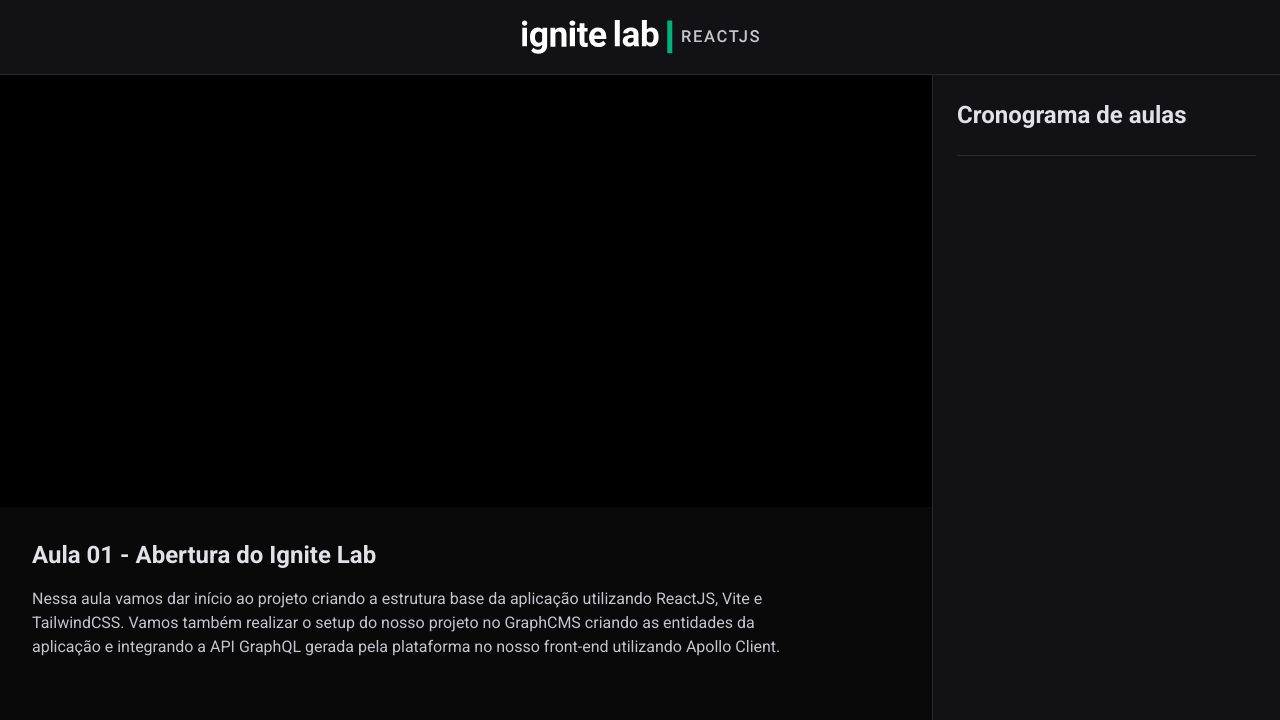
Repository: XFERRER7/Ignite-lab
Page: /
An editor plug-in stored every save of this project. The page is shown before and after a run of saves, followed by the edit.
The browser window is 1280 px wide. The pictures show the whole page.
The page's requests for data from a server got no answer. The project was rebuilt for these pictures with package versions that can differ from the ones it lists, and the page was loaded fresh each time. No one was signed in, and anything a server would have sent is missing. Also part of the build but not shown: vite.config.ts, src/components/Lesson.tsx.

Above is the page before, as saved 2022-06-26 01:53:16.

### index.html
<!DOCTYPE html>
<html>
  <head>
    <meta charset="UTF-8" />
    <link rel="icon" type="image/svg+xml" href="/src/favicon.svg" />
    <meta name="viewport" content="width=device-width, initial-scale=1.0" />
    <title>Event Platform</title>
    <link rel="preconnect" href="https://fonts.googleapis.com">
<link rel="preconnect" href="https://fonts.gstatic.com" crossorigin>
<link href="https://fonts.googleapis.com/css2?family=Roboto:wght@400;500;700&display=swap" rel="stylesheet">
  </head>
  <body>
    <div id="root"></div>
    <script type="module" src="/src/main.tsx"></script>
  </body>
</html>

### src/main.tsx
import { ApolloProvider } from '@apollo/client'
import React from 'react'
import ReactDOM from 'react-dom/client'
import App from './App'
import { client } from './lib/apollo'
import './styles/Global.css'

ReactDOM.createRoot(document.getElementById('root')!).render(
  <React.StrictMode>
    <ApolloProvider client={client}>
    <App />
    </ApolloProvider>
  </React.StrictMode>
)

### src/App.tsx
import { Header } from "./components/Header"
import { Lesson } from "./components/Lesson"
import { SideBar } from "./components/SideBar"
import { Video } from "./components/Video"
import { Event } from "./pages/Event"

function App() {

  return (
    <div>
      <Event/>
    </div>
  )
}

export default App

### src/lib/apollo.ts
import { ApolloClient, InMemoryCache } from "@apollo/client";

export const client = new ApolloClient({
  uri: 'https://api-sa-east-1.graphcms.com/v2/cl4oe0npq21lo01xi4o5e7kb5/master',
  cache: new InMemoryCache()
})

### src/styles/Global.css
@tailwind base;
@tailwind components;
@tailwind utilities;

body {
  @apply text-gray-100 bg-gray-900;
  -webkit-font-smoothing: antialiased;
}

### src/pages/Event.tsx
import React from 'react'
import { Header } from '../components/Header'
import { SideBar } from '../components/SideBar'
import { Video } from '../components/Video'

export const Event = () => {
  return (
    <>
    <div className='flex flex-col min-h-screen'>
      <Header/>
      <main className='flex flex-1'>
      <Video/>
      <SideBar/>
      </main>
    </div>

    </>
  )
}

### src/components/Header.tsx
import React from 'react'
import { Logo } from './Logo'

export const Header = () => {
  return (
    <header className='w-full py-5 flex items-center justify-center bg-gray-700 border-b border-gray-600'>
      <Logo/>
    </header>
  )
}

### src/components/SideBar.tsx
import { gql, useQuery } from '@apollo/client'
import React from 'react'
import { Lesson } from './Lesson'


const GET_LESSONS_QUERY = gql`
  query {
    lessons(orderBy: availableAt_ASC, stage: PUBLISHED) {
      id
      slug
      title
      availableAt
      lessonType
    }
}

`

interface GetLessonsQueryResponse {
  lessons: {
    id: string
    slug:string
    title:string
    availableAt:string
    lessonType: 'live' | 'class'
  }[]
}


export const SideBar = () => {

  const {data} = useQuery<GetLessonsQueryResponse>(GET_LESSONS_QUERY)

  return (
    <aside className='w-[348px] bg-gray-700 p-6 border-l border-gray-600'>
      <span className='font-bold text-2xl pb-6 mb-6 border-b border-gray-600 block'>Cronograma de aulas</span>

      <div className='flex flex-col gap-8'>
        {
          data?.lessons.map(lesson => {
            return (
              <Lesson
              title={lesson.title}
              slug={lesson.slug}
              avaliableAt={new Date(lesson.availableAt)}
              type={lesson.lessonType}/>
            )
          })
        }

      </div>
    </aside>
  )
}

### src/components/Video.tsx
import React from 'react'

export const Video = () => {
  return (
    <div className="flex-1">
      <div className="bg-black flex justify-center">
        <div className='h-full w-full max-w-[1100px] max-h-[60vh] aspect-video'></div>
      </div>

      <div className='p-8 max-w-[1100px] mx-auto'>

        <div className='flex items-start gap-16'>
          <div className='flex-1'>
            <h1 className='text-2xl font-bold'>Aula 01 - Abertura do Ignite Lab</h1>
            <p className='mt-4 text-gray-200'>
              Nessa aula vamos dar início ao projeto criando a estrutura base da aplicação
              utilizando ReactJS, Vite e TailwindCSS. Vamos também realizar o setup do nosso
              projeto no GraphCMS criando as entidades da aplicação e integrando a API GraphQL
              gerada pela plataforma no nosso front-end utilizando Apollo Client.
            </p>
          </div>
          <div className='flex flex-col gap-4 '>
            <a href="" className='p-4 text-sm bg-gree'>

            </a>
            <a href="">

            </a>
          </div>
        </div>

        <div>

        </div>

      </div>

    </div>
  )

}

### src/components/Logo.tsx
import React from "react";

export function Logo() {
  return (
    <svg
      xmlns="http://www.w3.org/2000/svg"
      width="237"
      height="34"
      fill="none"
      viewBox="0 0 237 34"
    >
      <path
        fill="#fff"
        d="M.002 3.112a2.49 2.49 0 01.165-.987c.12-.314.304-.595.535-.83A2.906 2.906 0 012.615.572c.698 0 1.374.257 1.912.723.23.24.412.524.536.837a2.701 2.701 0 010 1.979 2.568 2.568 0 01-.536.837 2.889 2.889 0 01-1.907.723 2.901 2.901 0 01-1.908-.723 2.458 2.458 0 01-.538-.84 2.645 2.645 0 01-.172-.996zm4.96 23.146H.273V7.862h4.689v18.397zM8.012 16.973c0-2.853.686-5.145 2.055-6.883a6.653 6.653 0 015.528-2.606 5.869 5.869 0 014.802 2.09l.2-1.751h4.538v17.95a7.891 7.891 0 01-1.12 4.246 7.243 7.243 0 01-3.147 2.752 11.155 11.155 0 01-4.742.94c-1.378 0-2.74-.279-4.008-.812a7.08 7.08 0 01-2.946-2.11l2.208-3.02a5.905 5.905 0 004.543 2.08 4.356 4.356 0 003.104-1.059 3.938 3.938 0 001.103-2.993v-.994a5.775 5.775 0 01-4.555 1.935 6.647 6.647 0 01-3.05-.652 6.615 6.615 0 01-2.408-1.967c-1.397-1.752-2.085-4.089-2.085-6.942v-.21h-.025l.005.006zm4.997.355a6.723 6.723 0 001.026 3.956 3.233 3.233 0 002.799 1.443c.651.045 1.3-.088 1.878-.39a3.52 3.52 0 001.396-1.305v-7.825a3.448 3.448 0 00-1.374-1.305 3.504 3.504 0 00-1.86-.39 3.28 3.28 0 00-1.61.365 3.22 3.22 0 00-1.219 1.103c-.688.975-1.036 2.418-1.036 4.348zM33.098 7.833l.158 2.196a6.527 6.527 0 012.371-1.927 6.38 6.38 0 012.971-.62c1.97 0 3.438.597 4.39 1.79.953 1.194 1.456 2.936 1.486 5.293v12.249h-4.962V14.683a3.367 3.367 0 00-.684-2.344 3.086 3.086 0 00-1.069-.598 3.008 3.008 0 00-1.211-.13 3.349 3.349 0 00-1.821.454c-.553.32-1.01.794-1.313 1.367v13.37H28.45V7.845l4.647-.012zM47.512 3.112a2.304 2.304 0 01.185-.988 2.42 2.42 0 01.59-.831A3.439 3.439 0 0150.404.57c.772 0 1.52.256 2.117.723.508.486.792 1.142.792 1.826 0 .683-.284 1.34-.792 1.826a3.417 3.417 0 01-2.11.723c-.77 0-1.517-.257-2.11-.723a2.47 2.47 0 01-.594-.839 2.342 2.342 0 01-.19-.994h-.005zm5.483 23.149h-5.18V7.86h5.18v18.4zM62.454 3.334v4.612h3.107v3.677h-3.107v9.382c-.05.53.091 1.063.395 1.495a1.824 1.824 0 001.473.45c.476.002.95-.035 1.421-.114v3.803a9.672 9.672 0 01-2.939.449c-3.398 0-5.128-1.775-5.19-5.32V11.644h-2.642V7.968h2.643V3.356h4.841v-.025l-.002.003zM76.487 27.08a9.277 9.277 0 01-6.759-2.55c-1.74-1.699-2.605-3.957-2.605-6.797v-.494a11.295 11.295 0 011.098-5.08 8.141 8.141 0 013.111-3.465 8.72 8.72 0 014.59-1.22c2.577 0 4.62.815 6.098 2.449 1.478 1.633 2.226 3.94 2.226 6.929v2.055h-12.01a4.665 4.665 0 001.473 2.971 4.487 4.487 0 003.111 1.111 5.426 5.426 0 004.548-2.115l2.476 2.781a7.506 7.506 0 01-3.07 2.507 9.81 9.81 0 01-4.287.916v.002zm-.594-15.514a3.127 3.127 0 00-2.428 1.012 5.405 5.405 0 00-1.188 2.912h7.006v-.405a3.749 3.749 0 00-.908-2.608 3.252 3.252 0 00-2.45-.908h-.03l-.002-.003zM97.771 26.259h-4.957V0h4.957V26.26zM112.209 26.259c-.227-.444-.392-.997-.496-1.659-1.196 1.333-2.751 2.002-4.666 2.002-1.811 0-3.314-.523-4.504-1.572-1.191-1.049-1.786-2.372-1.786-3.966 0-1.96.725-3.464 2.179-4.513 1.453-1.049 3.553-1.58 6.3-1.59h2.273v-1.06c0-.854-.22-1.54-.659-2.051-.44-.513-1.131-.77-2.078-.77-.832 0-1.486.2-1.957.6-.474.4-.708.945-.708 1.64h-4.941c0-1.07.331-2.062.992-2.973.662-.91 1.597-1.626 2.804-2.144 1.206-.518 2.564-.778 4.069-.778 2.28 0 4.089.573 5.429 1.718 1.34 1.145 2.009 2.756 2.009 4.83v8.017c.012 1.754.256 3.082.735 3.983v.29h-4.992l-.003-.004zm-4.086-3.435c.728 0 1.402-.163 2.016-.486.614-.326 1.071-.76 1.367-1.308v-3.181h-1.846c-2.472 0-3.79.854-3.948 2.564l-.017.291c0 .614.217 1.123.649 1.523.434.4 1.026.6 1.779.6v-.003zM136.58 17.183c0 2.963-.632 5.273-1.898 6.931-1.265 1.659-3.032 2.488-5.3 2.488-2.006 0-3.608-.77-4.805-2.308l-.222 1.967h-4.444V.001h4.94v9.418c1.14-1.332 2.638-2 4.496-2 2.256 0 4.025.828 5.308 2.487 1.283 1.658 1.923 3.992 1.923 7v.274l.002.003zm-4.94-.358c0-1.868-.296-3.233-.889-4.094-.592-.861-1.475-1.29-2.65-1.29-1.572 0-2.655.643-3.247 1.932v7.299c.604 1.298 1.697 1.95 3.282 1.95 1.584 0 2.643-.788 3.146-2.36.239-.752.358-1.897.358-3.437z"
      ></path>
      <path
        fill="#C4C4CC"
        d="M164.51 17.501h-2.283v4.53h-2.048v-11.78h4.143c1.36 0 2.408.306 3.149.915.74.61 1.108 1.493 1.108 2.648 0 .787-.19 1.449-.57 1.98-.38.532-.911.94-1.59 1.226l2.646 4.906v.106h-2.194l-2.364-4.531h.003zm-2.283-1.65h2.105c.691 0 1.229-.176 1.619-.524.39-.348.582-.824.582-1.429 0-.604-.18-1.12-.538-1.466-.358-.345-.893-.523-1.606-.533h-2.162V15.85zM179.066 16.773h-4.839v3.625h5.656v1.634h-7.704V10.25h7.648v1.65h-5.6v3.253h4.839v1.62zM189.803 19.29h-4.565l-.955 2.744h-2.127l4.452-11.783h1.836l4.459 11.783h-2.137l-.963-2.744zm-3.99-1.65h3.415l-1.707-4.89-1.708 4.89zM204.716 18.197c-.119 1.256-.583 2.238-1.392 2.941-.81.703-1.885 1.056-3.228 1.056-.938 0-1.764-.222-2.48-.668-.715-.445-1.266-1.079-1.656-1.898-.387-.82-.589-1.772-.607-2.858v-1.1c0-1.11.198-2.09.59-2.937.392-.846.96-1.5 1.695-1.96.736-.458 1.587-.688 2.554-.688 1.301 0 2.347.353 3.139 1.057.792.703 1.254 1.7 1.385 2.99h-2.039c-.096-.846-.343-1.458-.74-1.833-.397-.375-.977-.563-1.745-.563-.89 0-1.574.326-2.05.977-.479.652-.721 1.605-.733 2.863v1.044c0 1.273.227 2.245.683 2.917.457.668 1.123 1.004 2.004 1.004.805 0 1.409-.18 1.814-.543.405-.363.661-.962.77-1.804h2.038l-.002.003zM216.481 11.902h-3.674v10.132h-2.031V11.902h-3.642V10.25h9.347v1.65zM222.759 10.251h2.039v8.262c0 1.127-.353 2.023-1.057 2.687-.703.664-1.633.995-2.788.995-1.229 0-2.179-.311-2.848-.93-.669-.62-1.004-1.484-1.004-2.59h2.038c0 .627.156 1.096.467 1.412.31.316.76.474 1.347.474.55 0 .989-.183 1.315-.545.326-.366.489-.867.489-1.51V10.25h.002zM234.952 18.999c0-.518-.183-.918-.545-1.197-.363-.279-1.022-.563-1.972-.849-.95-.286-1.705-.604-2.265-.955-1.074-.674-1.612-1.555-1.612-2.638 0-.95.388-1.732 1.163-2.347.774-.614 1.779-.922 3.015-.922.819 0 1.55.15 2.194.454a3.597 3.597 0 011.513 1.29c.367.558.55 1.177.55 1.858h-2.038c0-.614-.193-1.095-.578-1.443-.385-.348-.938-.524-1.656-.524-.668 0-1.189.144-1.557.43-.37.286-.555.686-.555 1.197 0 .432.2.792.6 1.08.399.29 1.056.57 1.974.842.918.271 1.653.582 2.208.93.556.348.963.748 1.222 1.197.259.452.387.977.387 1.582 0 .982-.375 1.762-1.127 2.342-.753.58-1.775.87-3.063.87a5.755 5.755 0 01-2.352-.473c-.715-.316-1.27-.75-1.668-1.308-.397-.555-.594-1.204-.594-1.942h2.048c0 .669.222 1.187.664 1.555.441.367 1.075.55 1.902.55.713 0 1.246-.143 1.607-.432.357-.288.538-.671.538-1.145l-.003-.002z"
      ></path>
      <path fill="#00B37E" d="M150.271 33.146h-4.958V.57h4.958v32.576z"></path>
    </svg>
  );
}

### tailwind.config.js
/** @type {import('tailwindcss').Config} */
module.exports = {
  content: [
    './src/**/*.tsx'
  ],
  theme: {
    extend: {
      fontFamily: {
        sans: 'Roboto, sans-serif'
      },
      colors: {
        green: {
          300: '#00B37E',
          500: '#00875F',
          700: '#015F43',
        },
        blue: {
          500: '#81D8F7',
        },
        orange: {
          500: '#FBA94C',
        },
        red: {
          500: '#F75A68',
        },
        gray: {
          100: '#E1E1E6',
          200: '#C4C4CC',
          300: '#8D8D99',
          500: '#323238',
          600: '#29292E',
          700: '#121214',
          900: '#09090A'
        }
      }
    },
  },
  plugins: [],
}

After the next 5 saves:
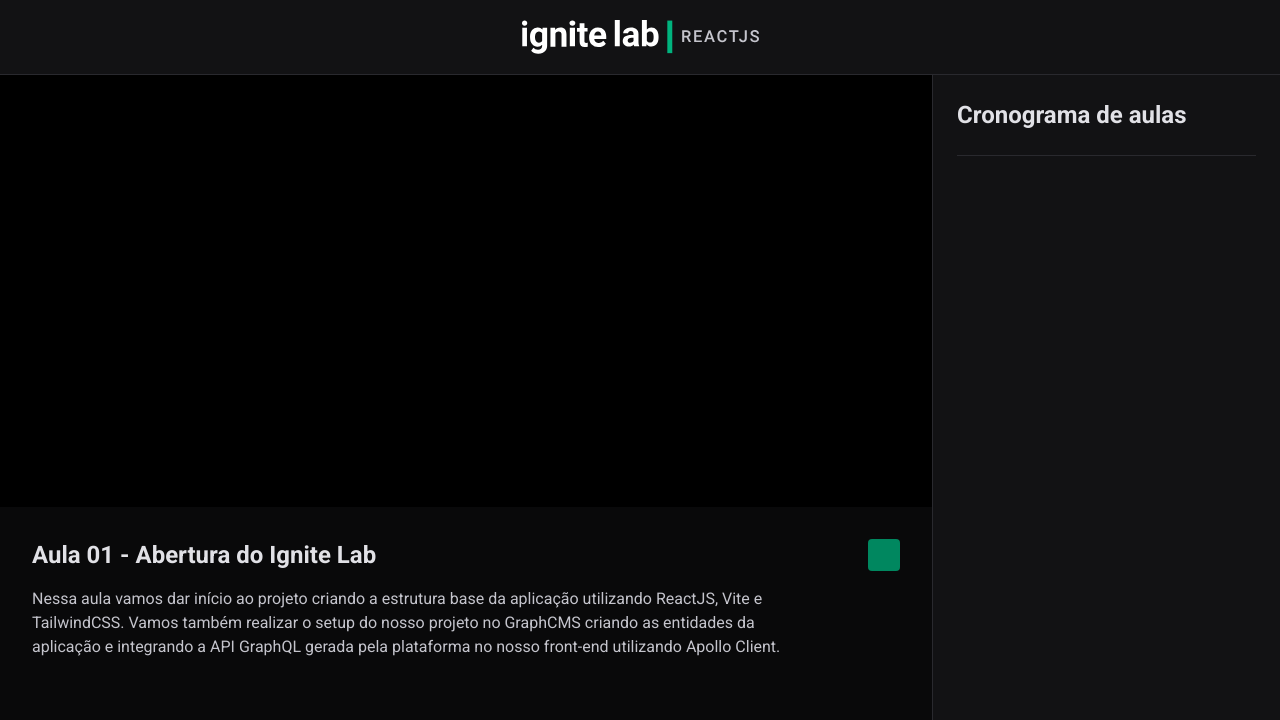
The 5 saves are shown as one change because they came seconds apart.
The last was saved 13 s later.
--- a/src/components/Video.tsx
+++ b/src/components/Video.tsx
@@ -20,7 +20,7 @@
             </p>
           </div>
           <div className='flex flex-col gap-4 '>
-            <a href="" className='p-4 text-sm bg-gree'>
+            <a href="" className='p-4 text-sm bg-green-500 flex items-center rounded font-bold'>
 
             </a>
             <a href="">
